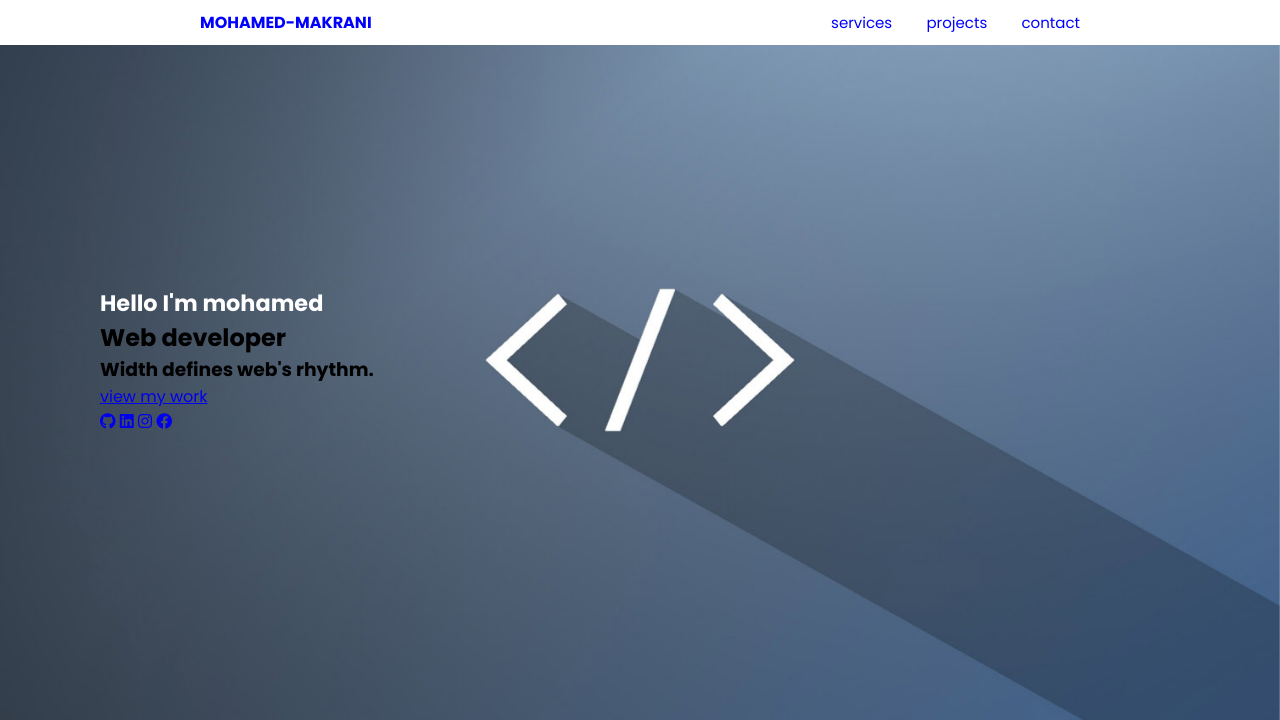
Repository: mohamed-makrani/Portfolio
Page: indixe.html
These files come from the project's save history. The page is drawn as it stood at one moment and after the next save; the edit follows.
The browser window is 1280 px wide. The pictures show the whole page.

Above is the page before, as saved 2023-09-16 14:10:14.

### indixe.html
<!DOCTYPE html>
<html lang="en">
<head>
    <meta charset="UTF-8">
    <meta name="descreption" content="makrani-mohamed/portfilio"/>
    <title>Mohamed-makrani</title>
    <link rel="stylesheet" href="https://cdnjs.cloudflare.com/ajax/libs/font-awesome/6.4.2/css/all.min.css"/>
    <link  rel="stylesheet" href="style.css" />
</head>
<body>
    <header>
        <a class="logo" href="#" >Mohamed-makrani</a>
        <nav class="navigation">
            <a href="#" >services</a>
            <a href="#" > projects</a>
            <a href="#"> contact </a>

        </nav>
    </header>
    <section class="main">
        <div>
            <h4>Hello I'm mohamed </h4>
            <h1>Web developer</h1>
            <h3>Width defines web's rhythm.</h3>
        <a href="#" class="main-button">view my work</a>
        <div class="social-media">
            <a href="#" ><i class="fa-brands fa-github"></i></a>
            <a href="#" ><i class="fa-brands fa-linkedin"></i></a>
            <a href="#"><i class="fa-brands fa-instagram"></i></a>
            <a href="#"><i class="fa-brands fa-facebook"></i></a>
        </div>
        </div>















    </section>





















</body>
</html>

### style.css
@import url('https://fonts.googleapis.com/css2?family=Poppins:ital,wght@0,200;0,300;0,400;0,500;0,600;0,700;0,800;0,900;1,100;1,200;1,300;1,400;1,500;1,600;1,700;1,800;1,900&display=swap');

*{

    font-family: 'Poppins', sans-serif;
    margin: 0;
    padding: 0;
    box-sizing: border-box;
    scroll-behavior: smooth;
}
 header{

    background-color: white;
    width: 100%;
    position: fixed;
    display: flex;
    z-index: 999;
    justify-content: space-between;
    align-items: center;
    padding: 10px 200px;

 }
 .logo {
    /* default is 16 px */

    text-decoration: none;
    font-size: 16px;
    color: blue;
    text-transform: uppercase;
    font-weight: 700;
 }
 .navigation a{
    color: blue;
    font-size: 15px;
    font-weight: 500px;
    text-decoration: none;
    padding-left:  30px;

 }
.navigation a:hover {

color: blueviolet;
}
 section {

   padding: 100px 100px;
 }
 .main{

   width: 100%;
   min-height: 100vh;
   display: flex;
   align-items: center;
   background:url(backround.jpg) no-repeat;
   background-size: cover;
   background-position:center ;
   background-attachment: fixed;

 }
 .main h4 {

   color: white;
   font-weight:500px ;
   font-size: 1.4em;


 }

After the next save:
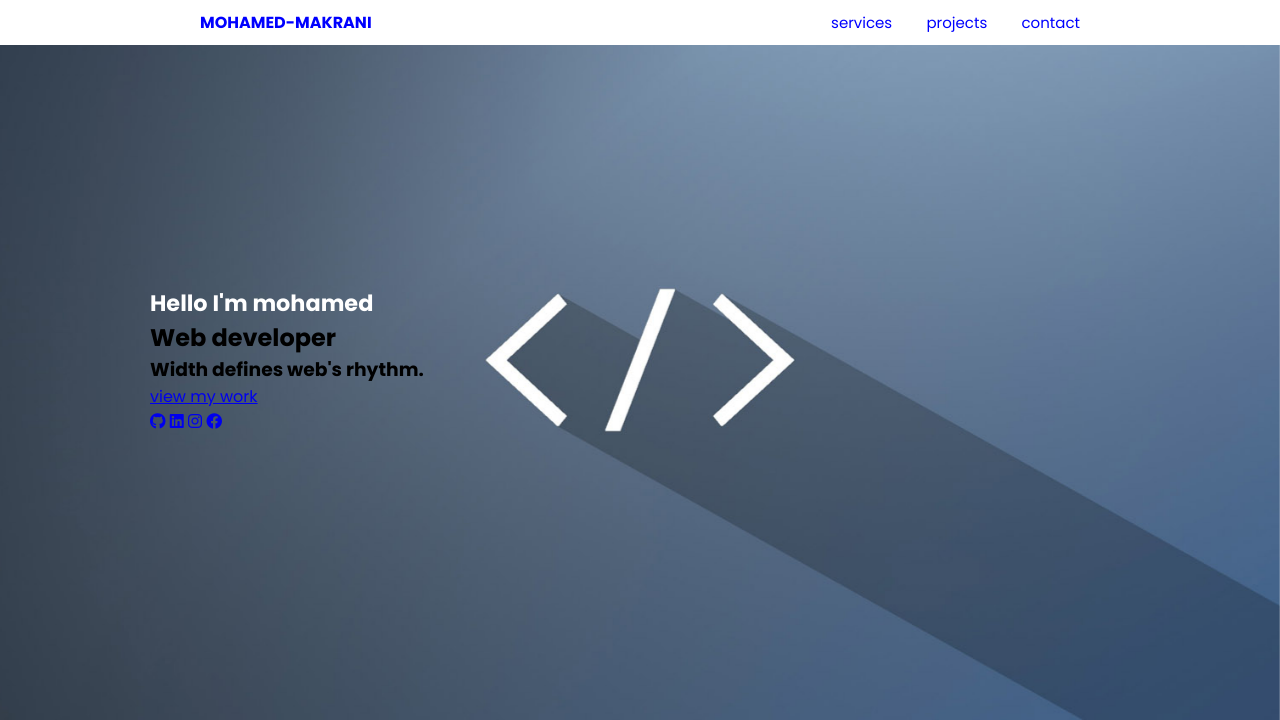
Saved 13 s later.
--- a/style.css
+++ b/style.css
@@ -43,7 +43,7 @@ color: blueviolet;
 }
  section {
 
-   padding: 100px 100px;
+   padding: 100px 150px;
  }
  .main{
 
